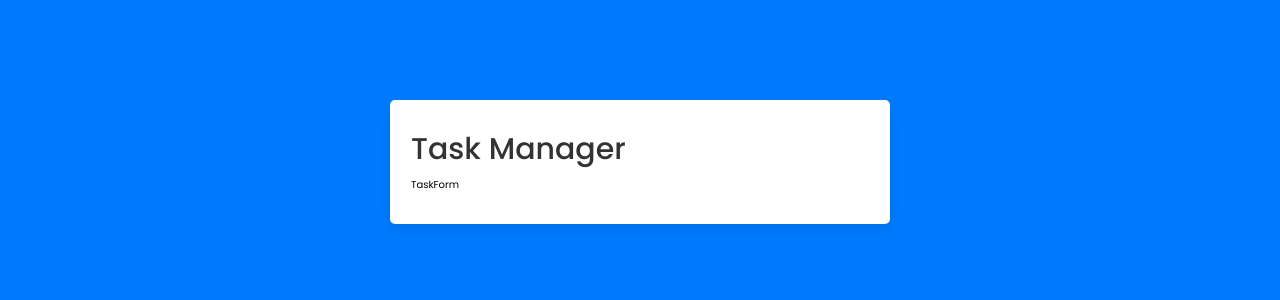
Repository: lucas-andedi/mern-task-manager-app-backend
Page: / (app in frontend/)
An editor plug-in stored every save of this project. The page is shown before and after a run of saves, followed by the edit.
The browser window is 1280 px wide. The pictures show the whole page.
The project was rebuilt for these pictures with package versions that can differ from the ones it lists, and the page was loaded fresh each time.

Above is the page before, as saved 2022-11-28 13:00:32.

### frontend/src/App.js
import { ToastContainer, toast } from 'react-toastify';
import 'react-toastify/dist/ReactToastify.css';
import TaskList from "./components/TaskList";

function App() {
  return (
    <div className="app">
      <div className="task-container">
        <TaskList />
      </div>
      <ToastContainer />
    </div>
  );
}

export default App;

### frontend/src/components/TaskList.js
import TaskForm from "./TaskForm"


const TaskList = () => {
  return (
    <div>
      <h2>Task Manager</h2>
      <TaskForm />
    </div>
  )
}

export default TaskList

### frontend/src/components/TaskForm.js


const TaskForm = () => {
  return (
    <div>TaskForm</div>
  )
}

export default TaskForm

Loaded but not shown: frontend/public/index.html (common file); frontend/src/index.js (common file); frontend/src/index.css (common file)

After the next 6 saves:
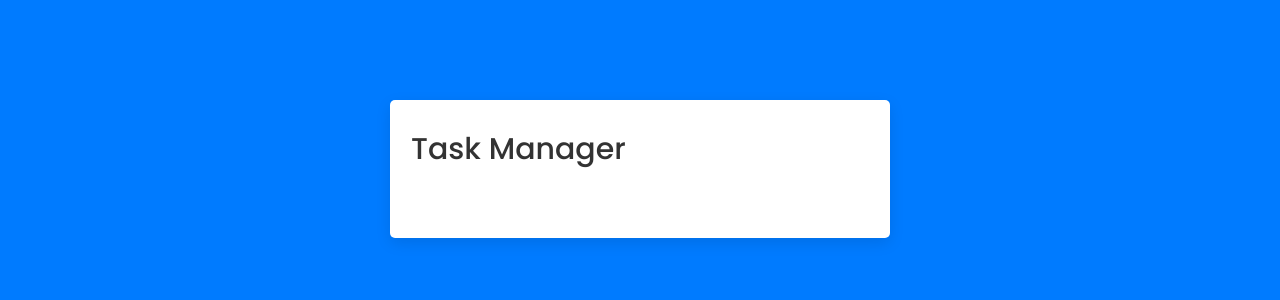
The 6 saves are shown as one change because they came seconds apart.
The last was saved 64 s later.
--- a/frontend/src/components/TaskForm.js
+++ b/frontend/src/components/TaskForm.js
@@ -2,7 +2,9 @@
 
 const TaskForm = () => {
   return (
-    <div>TaskForm</div>
+    <form action="" className="task-form">
+
+    </form>
   )
 }
 
